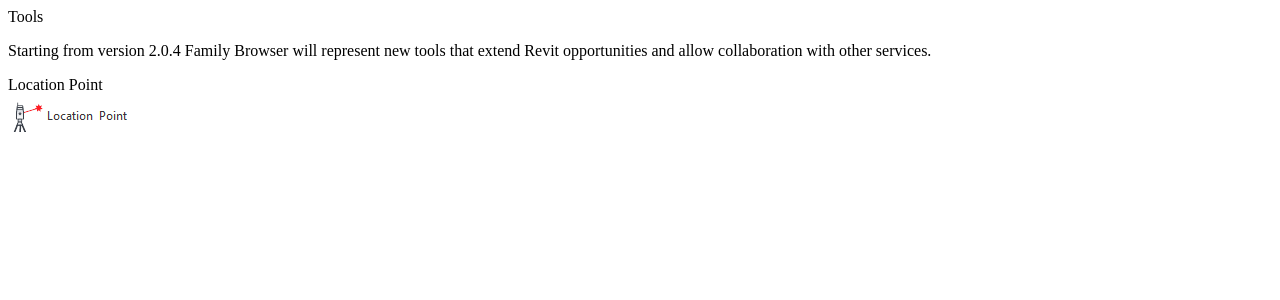
Repository: RomanLavrov/FamilyBrowserUserGuide
Page: http://localhost/FamilyBrowser/application/views/en/tools_view.php
An editor plug-in stored every save of this project. The page is shown before and after the next save, followed by the edit.
The browser window is 1280 px wide. The pictures show the whole page.
The page is run by PHP 8.4 with error messages shown; the project is at /var/www/html/.

Above is the page before, as saved 2019-10-24 11:45:45.

### FamilyBrowser/application/views/en/tools_view.php
<div class="article-header">Tools</div>
<div class="article-content">
      <p>
            Starting from version 2.0.4 Family Browser will represent new tools that extend Revit opportunities and
            allow collaboration with other services. </p>
</div>

<div class="article-header">Location Point</div>
<div>
<img src="/FamilyBrowser/images/LocationPointButton_en.png" alt="">
</div>

After the next save:
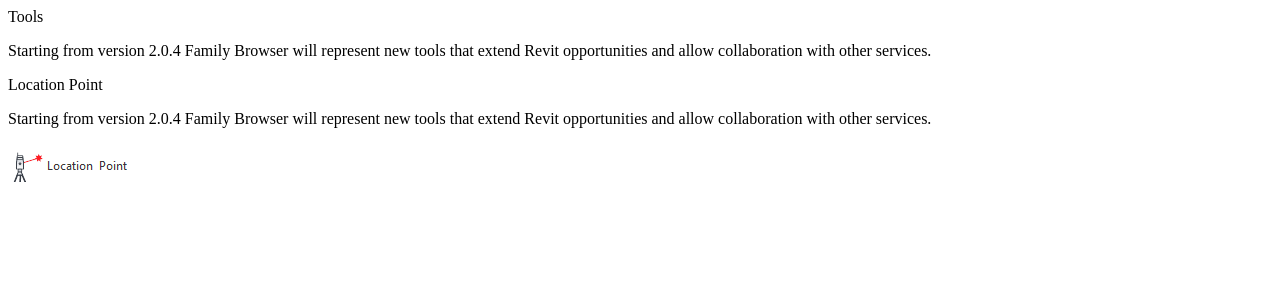
Saved 13 s later.
--- a/FamilyBrowser/application/views/en/tools_view.php
+++ b/FamilyBrowser/application/views/en/tools_view.php
@@ -6,6 +6,11 @@
 </div>
 
 <div class="article-header">Location Point</div>
+<div class="article-content">
+      <p>
+            Starting from version 2.0.4 Family Browser will represent new tools that extend Revit opportunities and
+            allow collaboration with other services. </p>
+</div>
 <div>
 <img src="/FamilyBrowser/images/LocationPointButton_en.png" alt="">
 </div>
